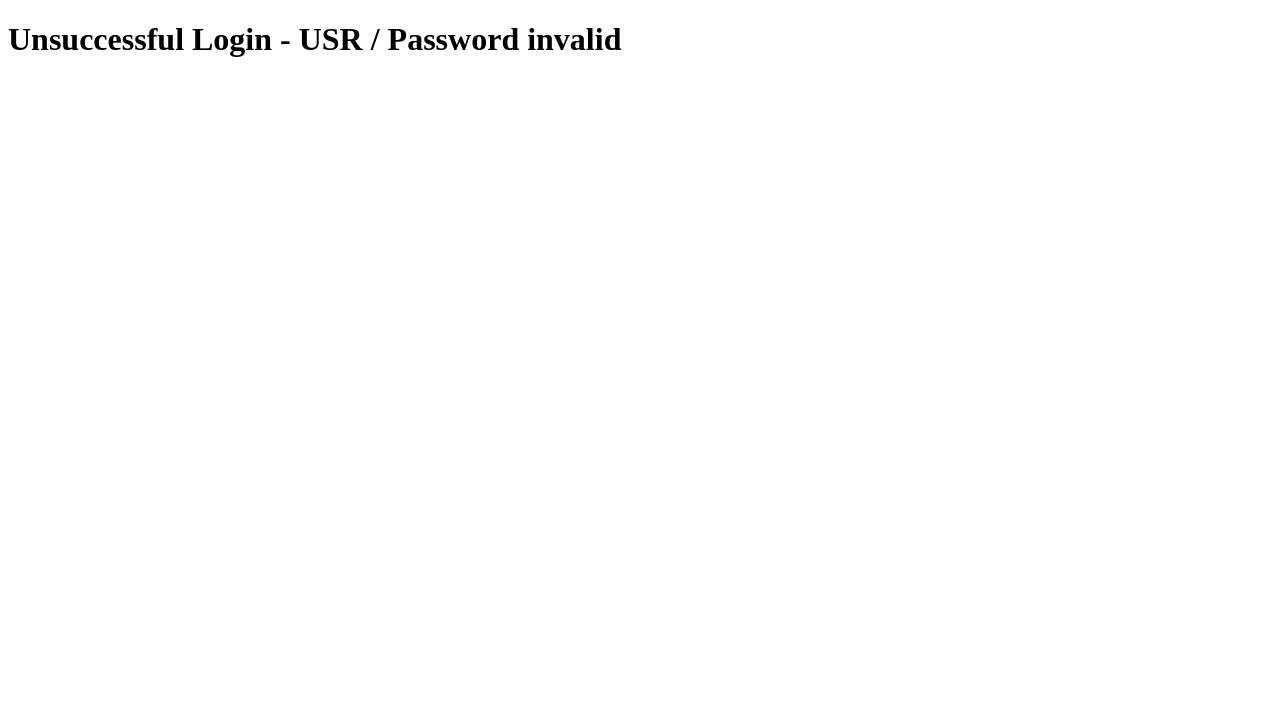
Repository: ViniciusBeletella/project-jsp
Page: http://localhost/project-jsp/error.jsp
The author's editor kept a copy of each file at every save. The page is drawn from the files as they stood at one save, then again after a run of saves.
The browser window is 1280 px wide. The pictures show the whole page.
The page is served by Tomcat 9.

Above is the page before, as saved 2019-12-30 09:24:56.

After the next 2 saves:
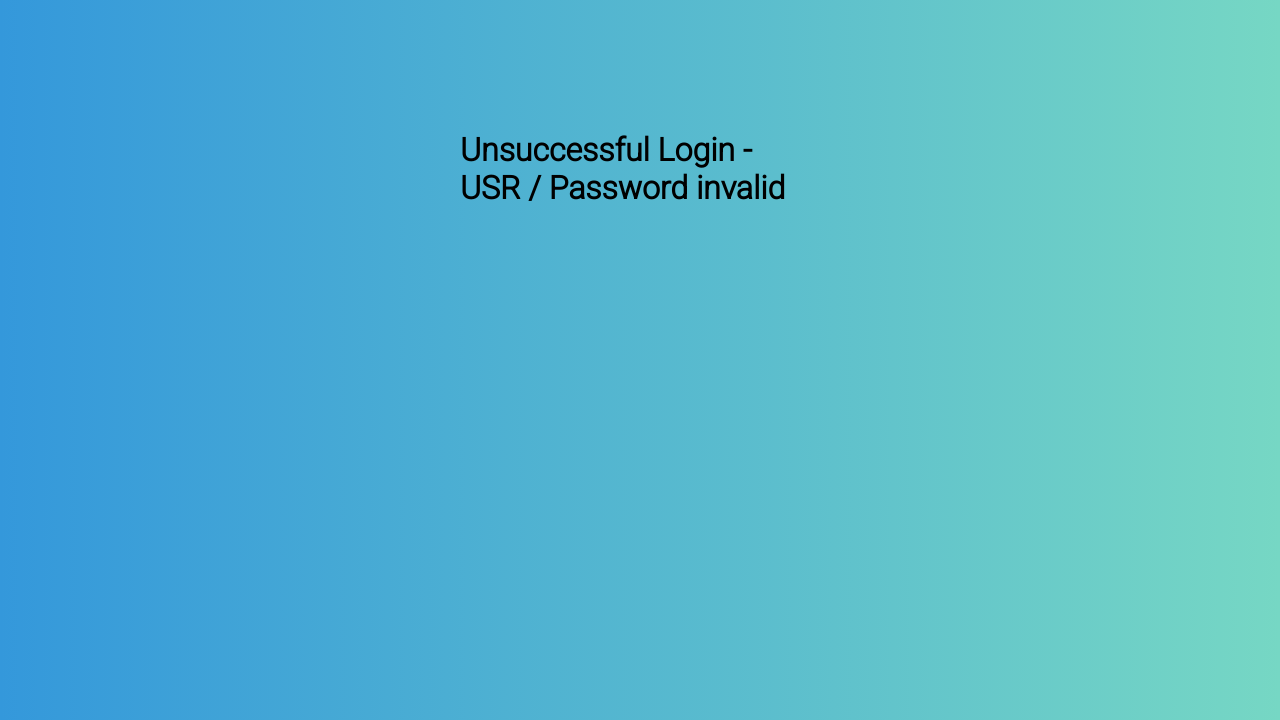
The 2 saves are shown as one change because they came seconds apart.
The last was saved 4 min 10 s later.
--- a/project-jsp/WebContent/error.jsp
+++ b/project-jsp/WebContent/error.jsp
@@ -5,8 +5,11 @@
 <head>
 <meta charset="UTF-8">
 <title>Unsuccessful Login</title>
+<link rel="stylesheet" href="resources/css/style.css">
 </head>
 <body>
+<div class="login-page">
 <h1>Unsuccessful Login    - USR / Password invalid </h1>
+</div>
 </body>
 </html>
